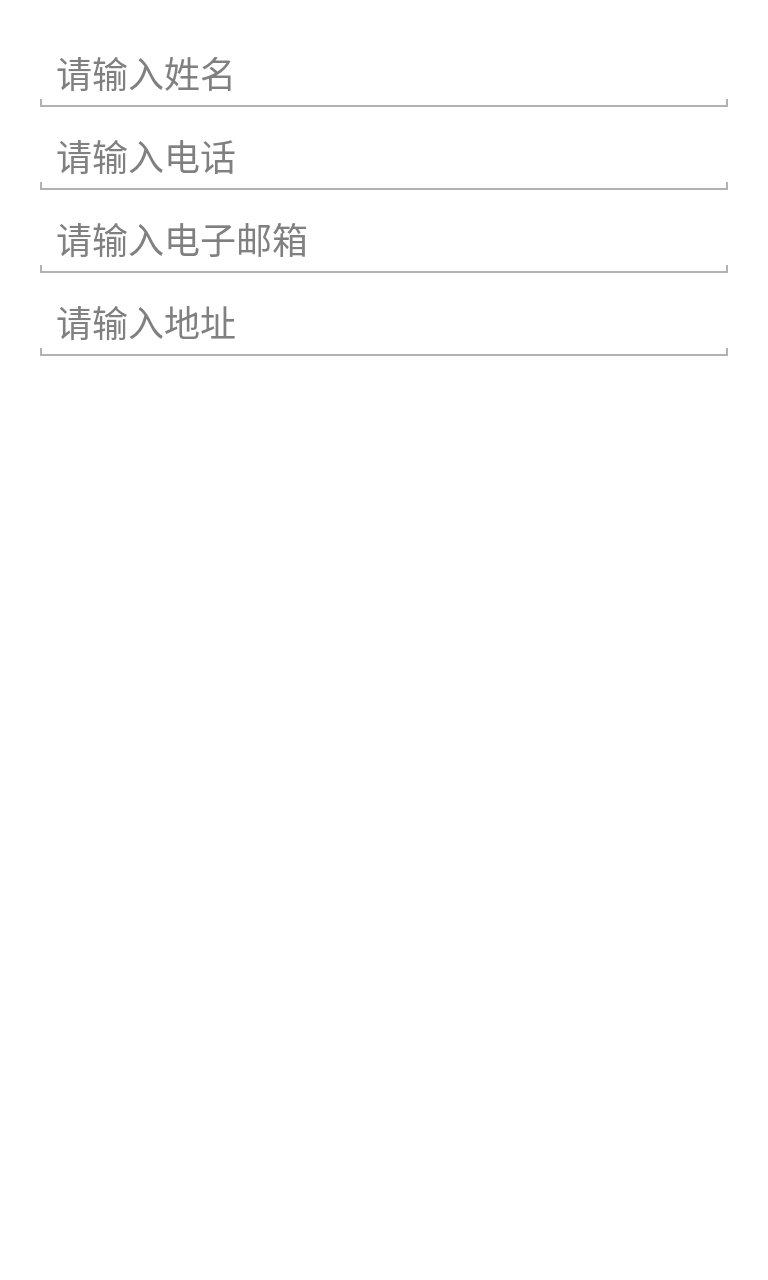
Repository: nickof/study
Layout: Android/itheima/day13_ContentProvider内容提供者/代码/Day13_06_保存联系人数据/res/layout/activity_main.xml
The author's editor kept a copy of each file at every save. The layout is drawn from the files as they stood at one save, then again after the next save.
It is drawn on a 768 x 1280 px phone screen (xhdpi) without system bars, with theme AppTheme; the app's code is not run.

Above is the layout before, as saved 2016-09-21 07:49:29.

### Android/itheima/day13_ContentProvider内容提供者/代码/Day13_06_保存联系人数据/res/layout/activity_main.xml
<LinearLayout xmlns:android="http://schemas.android.com/apk/res/android"
    xmlns:tools="http://schemas.android.com/tools"
    android:layout_width="match_parent"
    android:layout_height="match_parent"
    android:paddingBottom="@dimen/activity_vertical_margin"
    android:paddingLeft="@dimen/activity_horizontal_margin"
    android:paddingRight="@dimen/activity_horizontal_margin"
    android:paddingTop="@dimen/activity_vertical_margin"
    android:orientation="vertical"
    tools:context=".MainActivity" >

    <EditText
        android:id="@+id/et_name"
        android:layout_width="match_parent"
        android:layout_height="wrap_content"
        android:hint="请输入姓名" />
    <EditText
        android:id="@+id/et_phone"
        android:layout_width="match_parent"
        android:layout_height="wrap_content"
        android:inputType="phone"
        android:hint="请输入电话" />
    <EditText
        android:id="@+id/et_email"
        android:layout_width="match_parent"
        android:layout_height="wrap_content"
        android:inputType="textEmailAddress"
        android:hint="请输入电子邮箱" />
    <EditText
        android:id="@+id/et_address"
        android:layout_width="match_parent"
        android:layout_height="wrap_content"
        android:hint="请输入地址" />

</LinearLayout>

Loaded but not shown: Android/itheima/day13_ContentProvider内容提供者/代码/Day13_06_保存联系人数据/res/values/styles.xml (common file); Android/itheima/day13_ContentProvider内容提供者/代码/Day13_06_保存联系人数据/res/values-v11/styles.xml (common file); Android/itheima/day13_ContentProvider内容提供者/代码/Day13_06_保存联系人数据/res/values-v14/styles.xml (common file); Android/itheima/day13_ContentProvider内容提供者/代码/Day13_06_保存联系人数据/res/values/dimens.xml (common file)

After the next save:
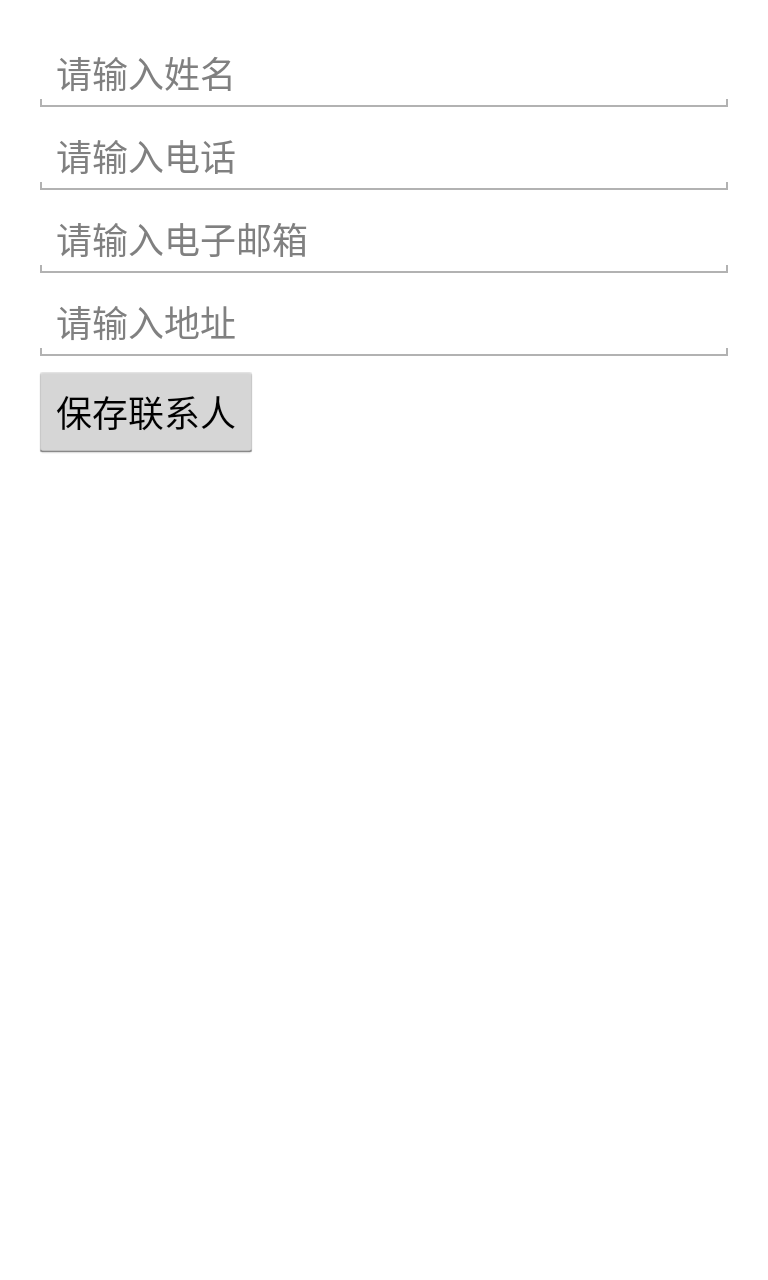
Saved 25 s later.
--- a/Android/itheima/day13_ContentProvider内容提供者/代码/Day13_06_保存联系人数据/res/layout/activity_main.xml
+++ b/Android/itheima/day13_ContentProvider内容提供者/代码/Day13_06_保存联系人数据/res/layout/activity_main.xml
@@ -31,5 +31,9 @@
         android:layout_width="match_parent"
         android:layout_height="wrap_content"
         android:hint="请输入地址" />
+    <Button
+        android:layout_width="wrap_content"
+        android:layout_height="wrap_content"
+        android:text="保存联系人"/>
 
 </LinearLayout>
